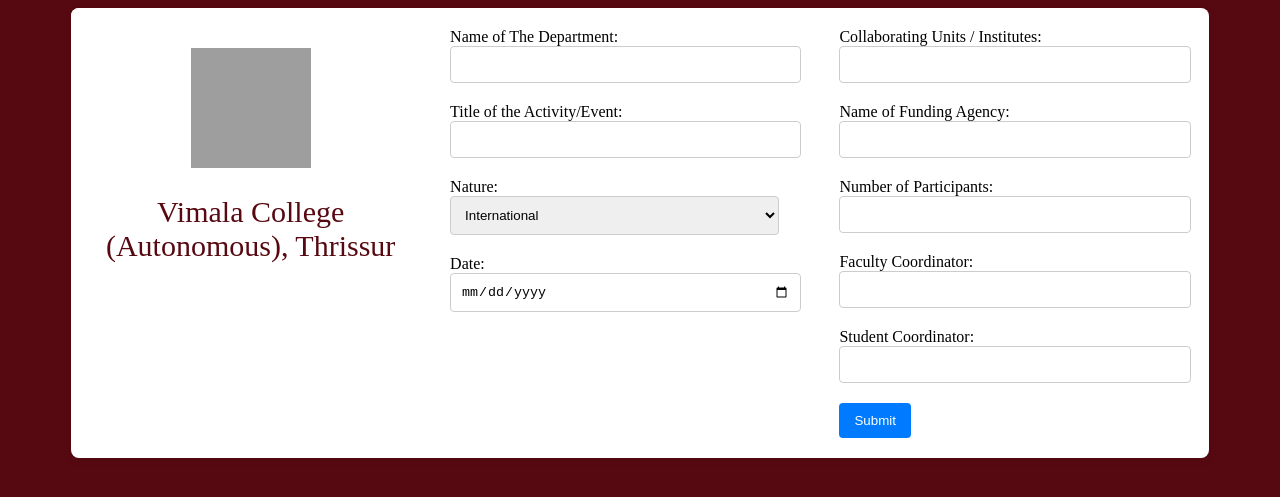
Repository: Rammjay/vimala-activity-report
Page: vim/report/reports/templates/1.html
The author's editor kept a copy of each file at every save. The page is drawn from the files as they stood at one save, then again after the next save.
The browser window is 1280 px wide. The pictures show the whole page.
Pictures or frames that could not be fetched are drawn as grey boxes.

Above is the page before, as saved 2024-09-22 14:21:34.

After the next save:
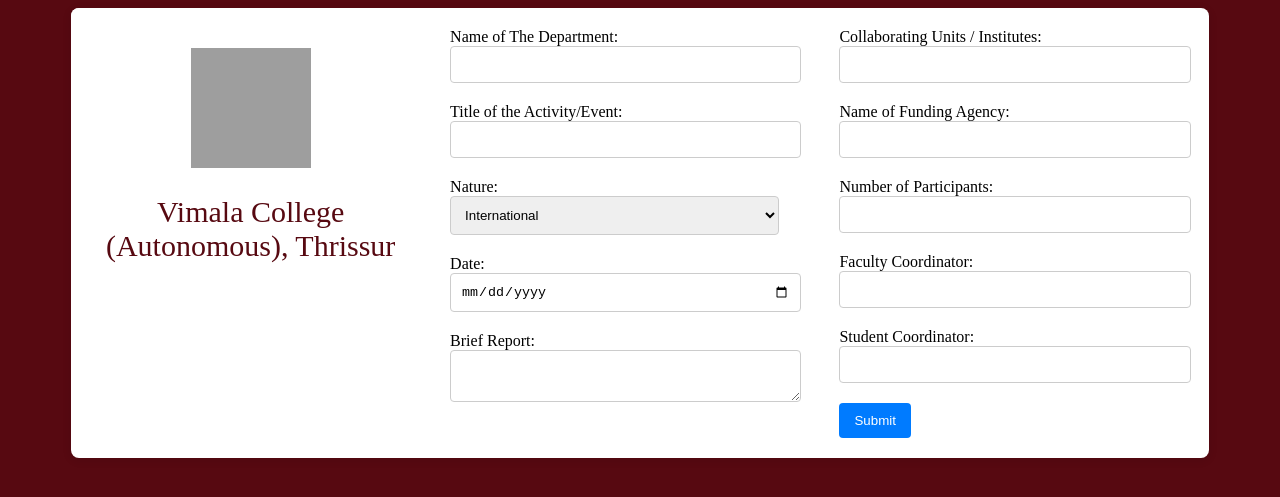
Saved 5 s later.
--- a/vim/report/reports/templates/1.html
+++ b/vim/report/reports/templates/1.html
@@ -107,6 +107,9 @@
 
                     <label for="date">Date:</label>
                     <input type="date" id="date" name="date" required>
+
+                    <label for="br">Brief Report:</label>
+                    <textarea id="br" name="br" maxlength="500" required></textarea>
                 </form>
             </div>
             <div class="side">
